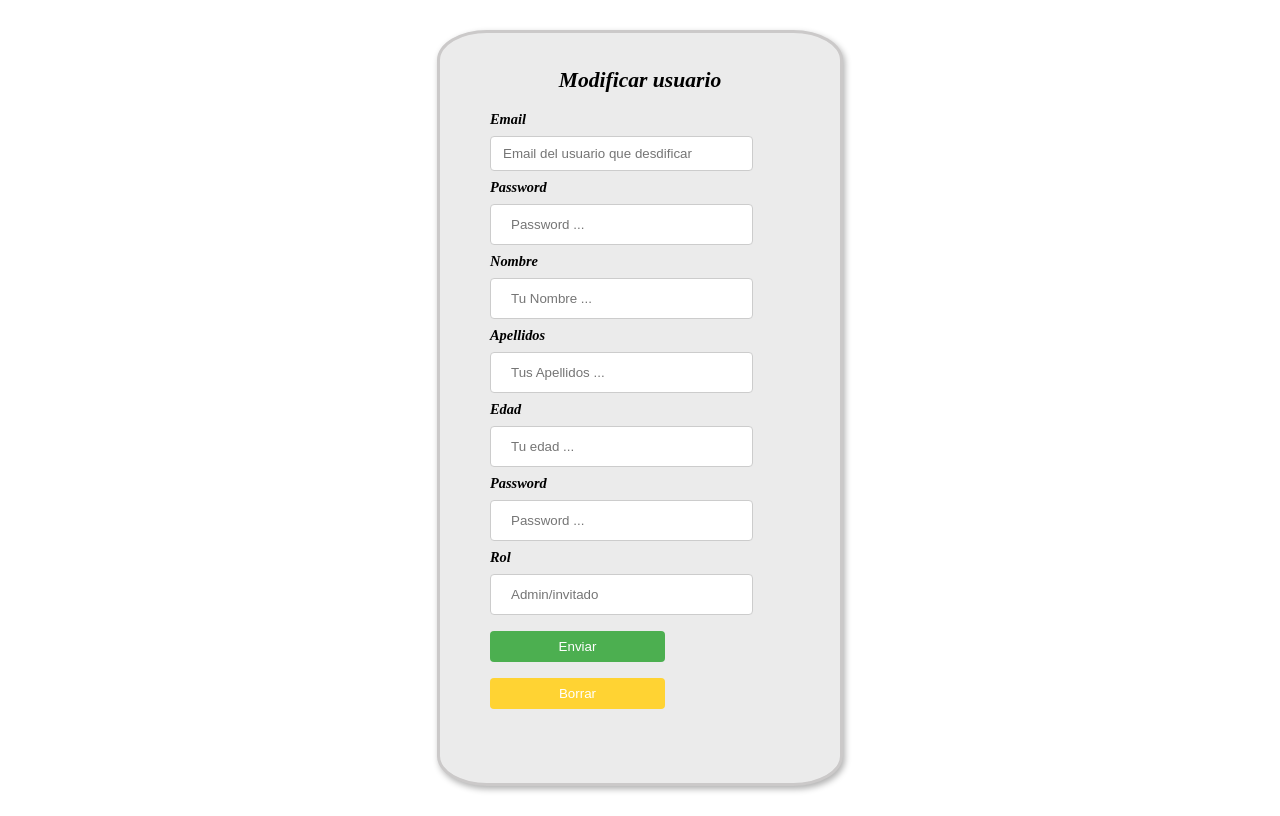
Repository: nachmz42/ProyectoJoker
Page: http://localhost/Joker/modificarusuario.jsp
The author's editor kept a copy of each file at every save. The page is drawn from the files as they stood at one save, then again after the next save.
The browser window is 1280 px wide. The pictures show the whole page.
The page is served by Tomcat 9.

Above is the page before, as saved 2021-07-02 11:15:08.

After the next save:
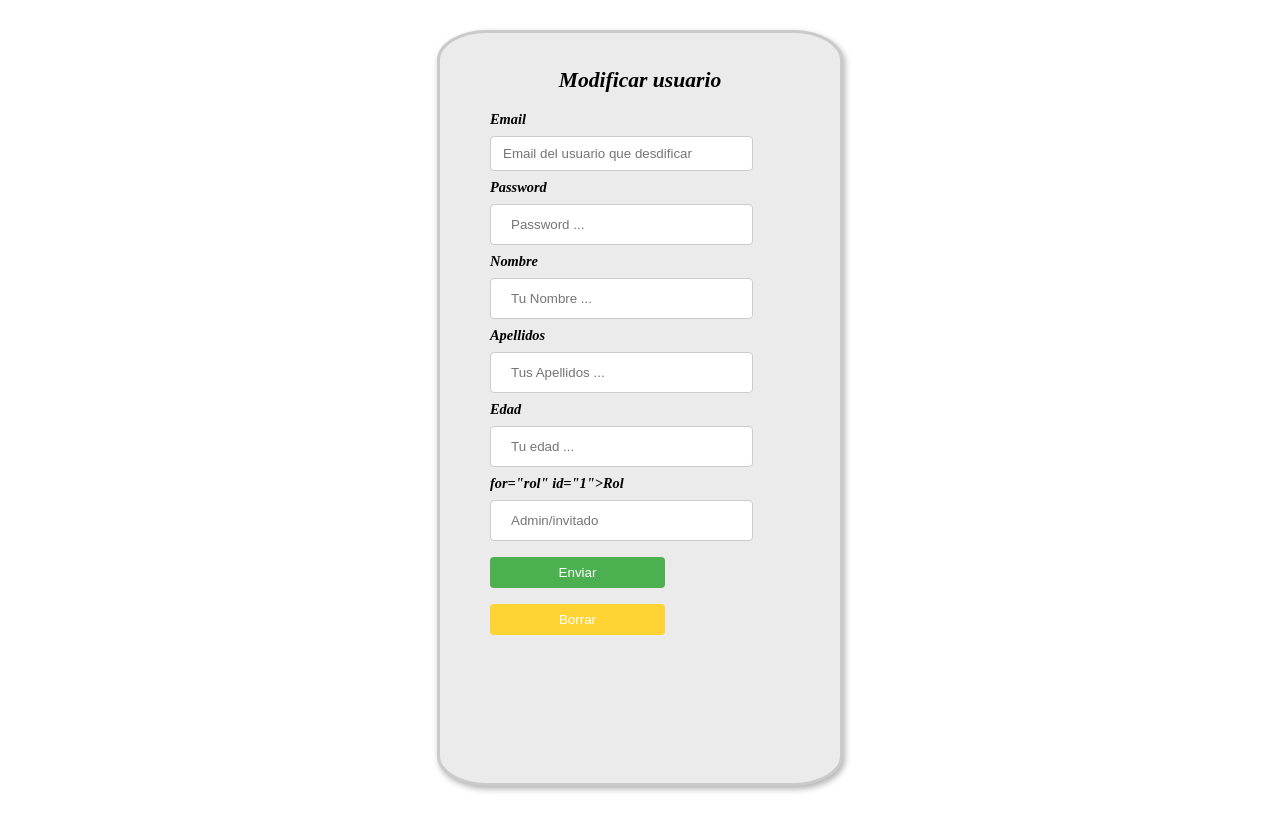
Saved 51 s later.
--- a/Joker/src/main/webapp/modificarusuario.jsp
+++ b/Joker/src/main/webapp/modificarusuario.jsp
@@ -35,9 +35,7 @@
 					for="edad" id="1">Edad</label><br> <input type="text"
 					id="edad" name="edad" placeholder="Tu edad ..." required><br>
 
-				<label for="password" id="1">Password</label><br> <input
-					type="text" id="password" name="password"
-					placeholder="Password ..." required> <br> <label
+
 					for="rol" id="1">Rol</label><br> <input type="text" id="rol"
 					name="rol" placeholder="Admin/invitado" required> <br>
 
